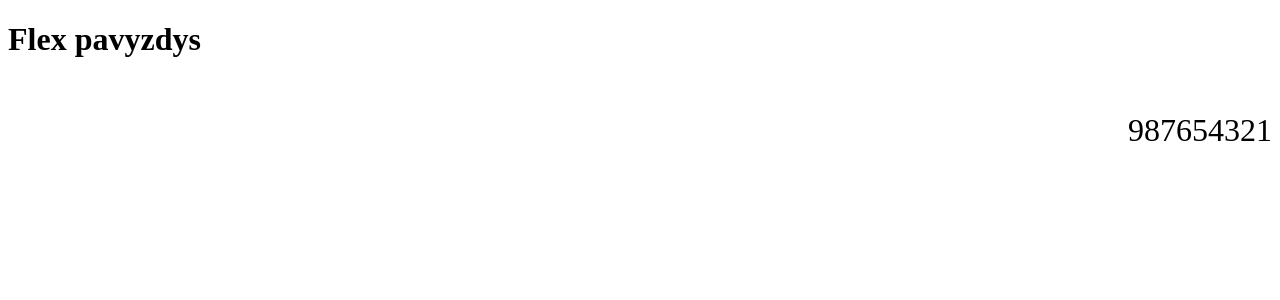
Repository: motiejus1/06-paskaita-invest
Page: index.html
The author's editor kept a copy of each file at every save. The page is drawn from the files as they stood at one save, then again after a run of saves.
The browser window is 1280 px wide. The pictures show the whole page.

Above is the page before, as saved 2021-06-09 18:27:41.

### index.html
<!DOCTYPE html>
<html lang="en">
<head>
    <meta charset="UTF-8">
    <meta http-equiv="X-UA-Compatible" content="IE=edge">
    <meta name="viewport" content="width=device-width, initial-scale=1.0">
    <title>Sesta paskaita</title>
    <style>
        .flex-container {
            display: flex;
            flex-direction:row-reverse;
        }

        p {
            font-size: 32px;
        }
    </style>
</head>
<body>
    <div class="container">
        <h1>Flex pavyzdys</h1>
        <div class="flex-container">
            <div class="flex-item-1"><p>1</p></div>
            <div class="flex-item-2"><p>2</p></div>
            <div class="flex-item-3"><p>3</p></div>
            <div class="flex-item-4"><p>4</p></div>
            <div class="flex-item-5"><p>5</p></div>
            <div class="flex-item-6"><p>6</p></div>
            <div class="flex-item-7"><p>7</p></div>
            <div class="flex-item-8"><p>8</p></div>
            <div class="flex-item-9"><p>9</p></div>
        </div>
    </div>
</body>
</html>

After the next 3 saves:
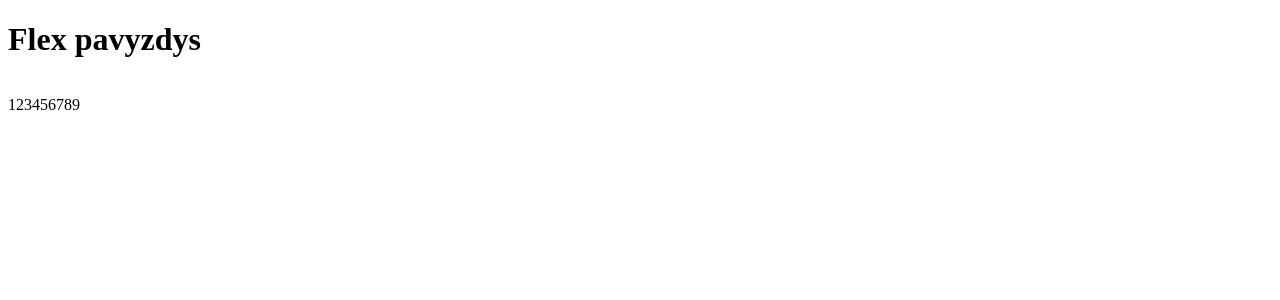
The 3 saves are shown as one change because they came seconds apart.
The last was saved 89 s later.
--- a/index.html
+++ b/index.html
@@ -8,8 +8,10 @@
     <style>
         .flex-container {
             display: flex;
-            flex-direction:row-reverse;
+            flex-direction:row;
         }
+
+        .f
 
         p {
             font-size: 32px;
